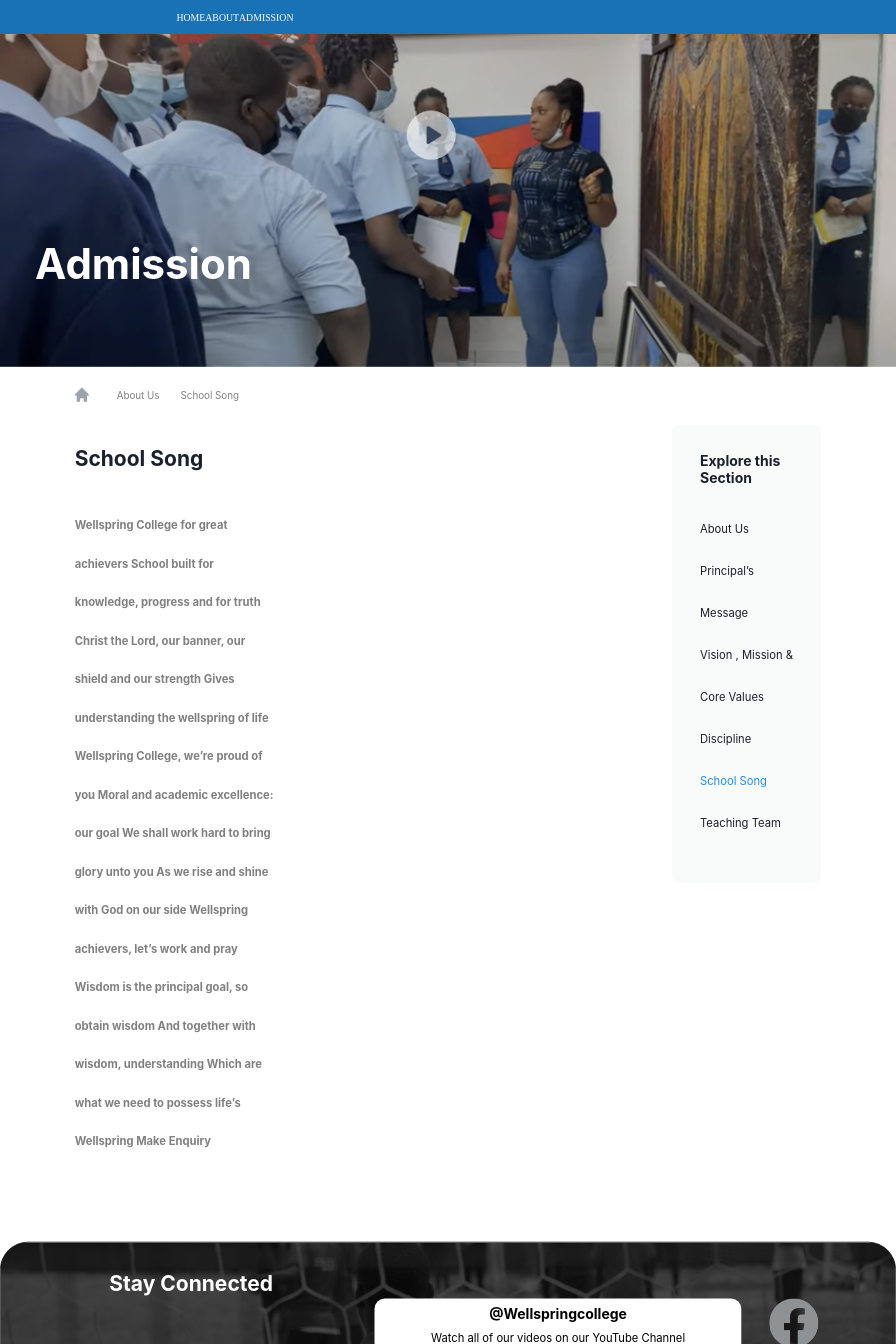
Repository: gr8skills/wellspring-school-forked
Page: /admission
An editor plug-in stored every save of this project. The page is shown before and after the next save, followed by the edit.
The browser window is 1280 px wide. The pictures show the part of the page from y = 0 to 1920 px (the page is 2660 px tall), at 70% of full size.
The project was rebuilt for these pictures with package versions that can differ from the ones it lists, and the page was loaded fresh each time. Also part of the build but not shown: src/components/Navbar/Dropdown.scss, src/components/Navbar/Dropdown.js, src/components/Testimonials/Testimonials.js, src/components/Calendar/Calendar.js, src/components/News/News.js, src/components/WhyWellspring/_why-wellspring.scss, src/components/WhyWellspring/WhyWellspring.js, src/components/AppTab/AppTab.js and 9 more.

Above is the page before, as saved 2022-12-06 17:40:20.

After the next save:
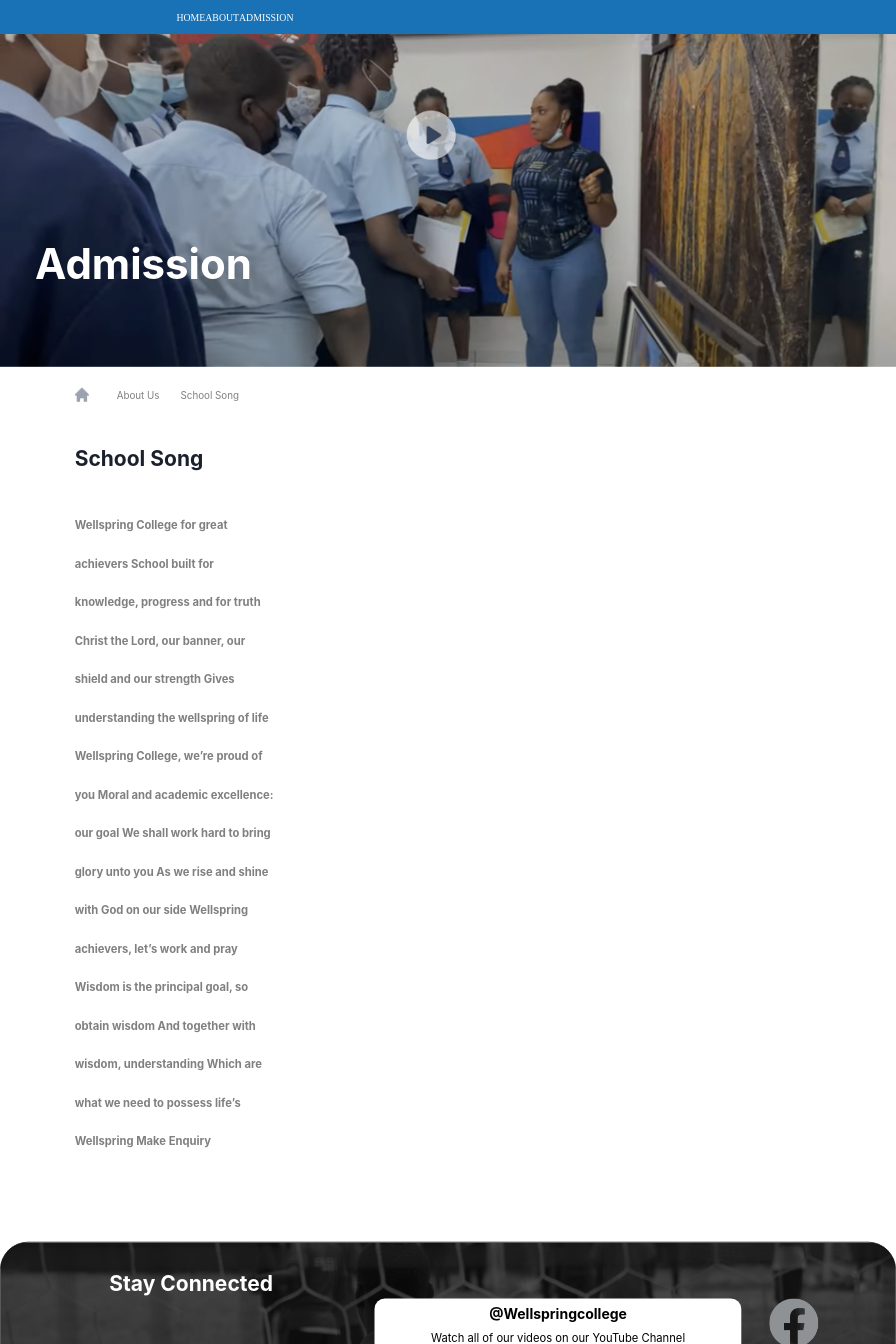
Saved 54 s later.
--- a/src/pages/Admission/Admission.js
+++ b/src/pages/Admission/Admission.js
@@ -49,32 +49,7 @@
             </p>
           </div>
         </div>
-        <div className="col-md-2 side-menu">
-          <Heading size="md" mb="30px">
-            Explore this Section
-          </Heading>
 
-          <ul className="list-unstyled">
-            <li>
-              <Link to={"/about-us"}>About Us</Link>
-            </li>
-            <li>
-              <Link to={"/proprietor-message"}> Principal’s Message</Link>
-            </li>
-            <li>
-              <Link to={"/vision"}>Vision , Mission & Core Values</Link>
-            </li>
-            <li>
-              <Link to={"/discipline"}>Discipline</Link>
-            </li>{" "}
-            <li className="active">
-              <Link to={"/school-song"}>School Song</Link>
-            </li>{" "}
-            <li>
-              <Link to={"/teaching-team"}>Teaching Team</Link>
-            </li>
-          </ul>
-        </div>
       </div>
 
       <StayConnected />
